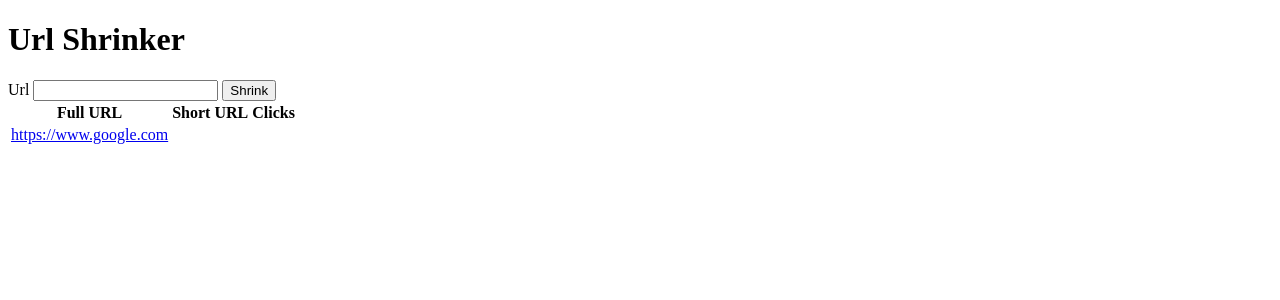
Repository: mohamediyas/urlShorter
Page: http://localhost/
These files come from the project's save history. The page is drawn as it stood at one moment and after the next save; the edit follows.
The browser window is 1280 px wide. The pictures show the whole page.
The page is served by the project's Node server (index.js).

Above is the page before, as saved 2022-10-22 13:24:20.

After the next save:
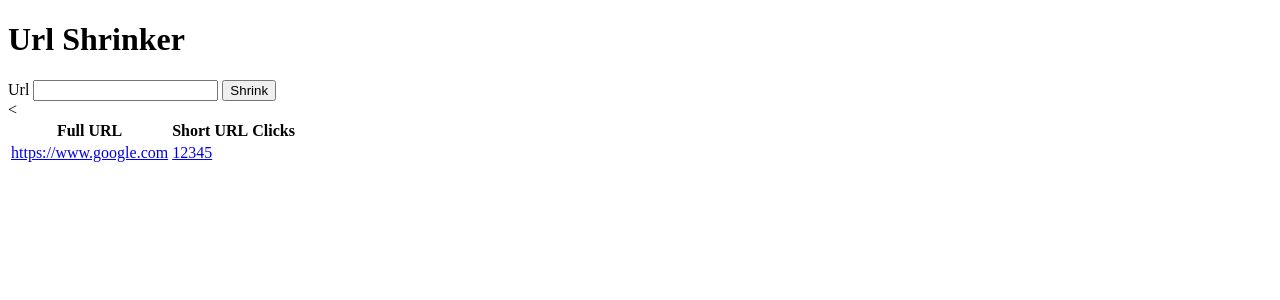
Saved 66 s later.
--- a/views/index.ejs
+++ b/views/index.ejs
@@ -30,6 +30,10 @@
           <td>
             <a href="https://www.google.com">https://www.google.com</a>
           </td>
+          <td>
+            <a href="/12345">12345</a>
+          </td>
+          <
         </tr>
       </tbody>
     </table>
